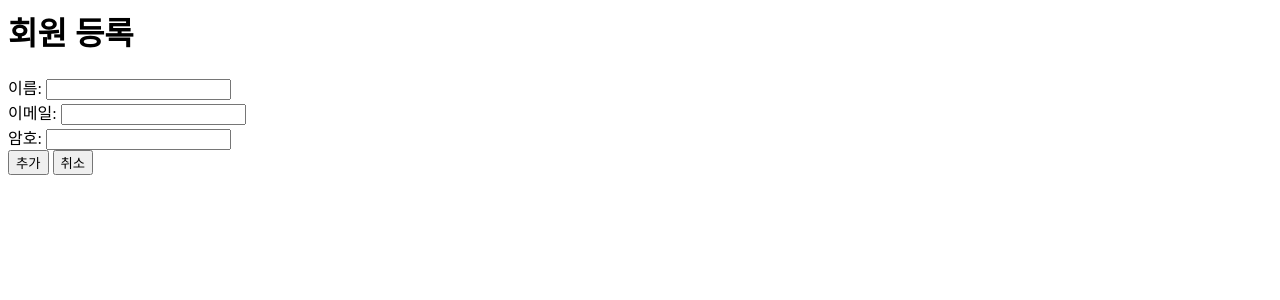
Repository: junyoung4213/JSP
Page: http://localhost/_31_MVC_Advanced/member/add
An editor plug-in stored every save of this project. The page is shown before and after the next save, followed by the edit.
The browser window is 1280 px wide. The pictures show the whole page.
The page is served by Tomcat 9. Other server files are loaded and not shown.

Above is the page before, as saved 2020-04-14 04:02:55.

### Servlet_JSP/lecture/_31_MVC_Advanced/src/spms/servlets/MemberAddServlet.java
package spms.servlets;

import java.io.IOException;
import java.io.PrintWriter;
import java.sql.Connection;
import java.sql.DriverManager;
import java.sql.PreparedStatement;

import javax.servlet.ServletContext;
import javax.servlet.ServletException;
import javax.servlet.annotation.WebServlet;
import javax.servlet.http.HttpServlet;
import javax.servlet.http.HttpServletRequest;
import javax.servlet.http.HttpServletResponse;

@SuppressWarnings("serial")
@WebServlet("/member/add")
public class MemberAddServlet extends HttpServlet{

	@Override
	protected void doGet(HttpServletRequest req, HttpServletResponse resp) throws ServletException, IOException {
		// 내가 전송하는 데이터를 utf-8로 코드셋을 처리해라
		resp.setContentType("text/html; charset=UTF-8");
		PrintWriter out = resp.getWriter();
		out.println("<html><head><title>회원 등록</title></head>");
		out.println("<body><h1>회원 등록</h1>");
		out.println("<form action='add' method='post'>");
		out.println("이름: <input type='text' name='name'><br>");
		out.println("이메일: <input type='text' name='email'><br>");
		out.println("암호: <input type='password' name='password'><br>");
		out.println("<input type='submit' value='추가'>");
		out.println("<input type='reset' value='취소'>");
		out.println("</form>");
		out.println("</body></html>");
	}

	@Override
	protected void doPost(HttpServletRequest req, HttpServletResponse resp) throws ServletException, IOException {

		// GET요청시 url에 포함된 한글을 아래처럼 설정해도 처리되지 않는다
		// 그래서 tomcat의 server.xml에서
		//<Connector URIEncoding="UTF-8" ~/>처리를 해야 한다
		//<Connector URIEncoding="UTF-8" connectionTimeout="20000" port="9999" protocol="HTTP/1.1" redirectPort="8443"/>


		// 숫자/영문의 코드셋에 영향을 받지 않는다
		// 브라우저에서 utf-8로 보낸 한글은 utf-8로 처리해야 한다

		// Filter로 옮김
		// req.setCharacterEncoding("UTF-8");

		Connection conn = null;
		PreparedStatement stmt = null;
		final String sqlInsert = "INSERT INTO members(email,pwd," + "\r\n" +
							"mname,cre_date,mod_date)" + "\r\n" +
							"VALUES(?, ?, ?, NOW(), NOW())";

		try {
			ServletContext sc = this.getServletContext();
			conn = (Connection) sc.getAttribute("conn");
			stmt = conn.prepareStatement(sqlInsert);
			stmt.setString(1, req.getParameter("email"));
			stmt.setString(2, req.getParameter("password"));
			stmt.setString(3, req.getParameter("name"));
			stmt.executeUpdate();

			// 묻지도 따지지도 않고 바로 add -> list로 이동
			resp.sendRedirect("list");

			// 위처럼 바로 이동을 하면 아래 부분은 실행되지 않는다
			/*
			resp.setContentType("text/html; charset=UTF-8");
			PrintWriter out = resp.getWriter();
			out.println("<html><head><title>회원등록결과</title>");
			out.println("</head>");
			out.println("<body>");
			out.println("<p>등록 성공입니다!</p>");
			out.println("</body></html>");
			*/

		}catch(Exception e) {
			throw new ServletException(e);
		}finally {
			try {
				if(stmt!=null)
					stmt.close();
			}catch(Exception e) {
				e.printStackTrace();
			}
//			try {
//				if(conn!=null)
//					conn.close();
//			}catch(Exception e) {
//				e.printStackTrace();
//			}
		}
	}
}

### Servlet_JSP/lecture/_31_MVC_Advanced/WebContent/member/MemberForm.jsp
<%@ page language="java" contentType="text/html; charset=UTF-8" pageEncoding="UTF-8"%>
<!DOCTYPE html>
<html>
<head>
<meta charset="UTF-8">
<title>회원등록</title>
</head>
<body>
	<h1>회원 등록</h1>
	<form action='add' method='post'>
		이름: <input type='text' name='name'><br> 이메일: <input type='text' name='email'><br> 암호: <input type='password' name='password'><br> <input type='submit'
			value='추가'
		> <input type='reset' value='취소'>
	</form>

</body>
</html>

After the next save:
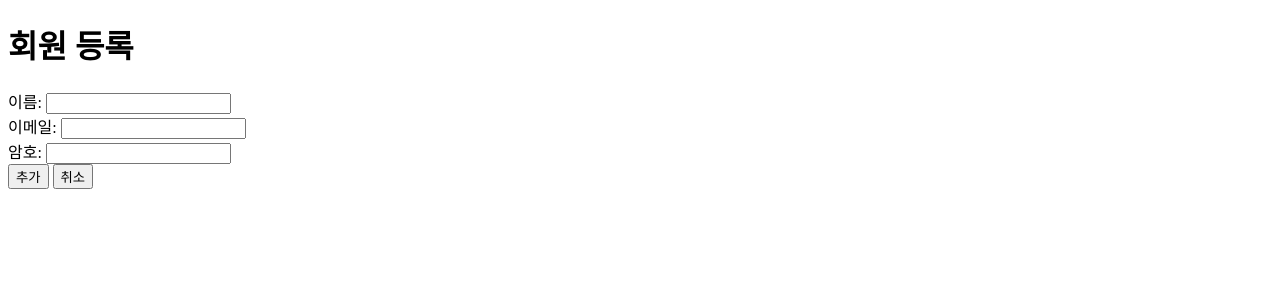
Saved 2 min 9 s later.
--- a/Servlet_JSP/lecture/_31_MVC_Advanced/src/spms/servlets/MemberAddServlet.java
+++ b/Servlet_JSP/lecture/_31_MVC_Advanced/src/spms/servlets/MemberAddServlet.java
@@ -6,6 +6,7 @@ import java.sql.Connection;
 import java.sql.DriverManager;
 import java.sql.PreparedStatement;
 
+import javax.servlet.RequestDispatcher;
 import javax.servlet.ServletContext;
 import javax.servlet.ServletException;
 import javax.servlet.annotation.WebServlet;
@@ -21,17 +22,8 @@ public class MemberAddServlet extends HttpServlet{
 	protected void doGet(HttpServletRequest req, HttpServletResponse resp) throws ServletException, IOException {
 		// 내가 전송하는 데이터를 utf-8로 코드셋을 처리해라
 		resp.setContentType("text/html; charset=UTF-8");
-		PrintWriter out = resp.getWriter();
-		out.println("<html><head><title>회원 등록</title></head>");
-		out.println("<body><h1>회원 등록</h1>");
-		out.println("<form action='add' method='post'>");
-		out.println("이름: <input type='text' name='name'><br>");
-		out.println("이메일: <input type='text' name='email'><br>");
-		out.println("암호: <input type='password' name='password'><br>");
-		out.println("<input type='submit' value='추가'>");
-		out.println("<input type='reset' value='취소'>");
-		out.println("</form>");
-		out.println("</body></html>");
+		RequestDispatcher rd = req.getRequestDispatcher("/member/MemberForm.jsp");
+		rd.include(req, resp);
 	}
 
 	@Override
